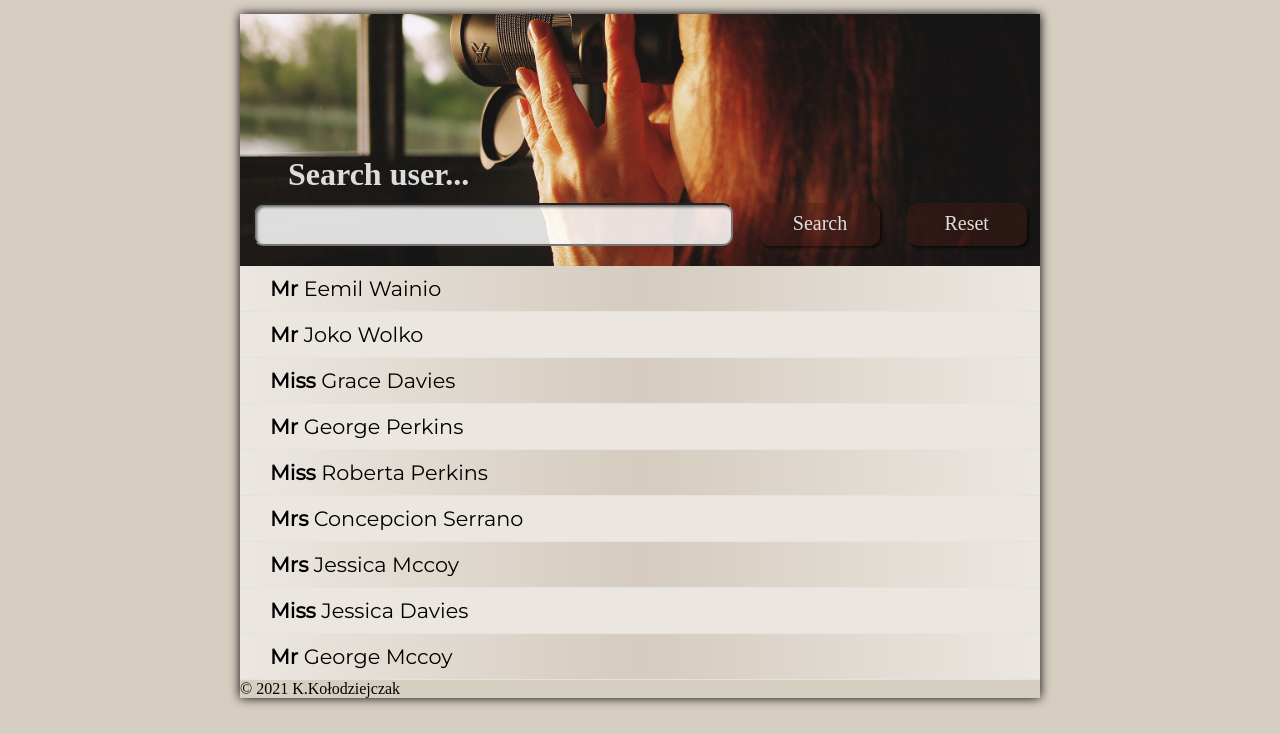
Repository: KrzysKolo/sr_tydzien5_zad4
Page: /
An editor plug-in stored every save of this project. The page is shown before and after a run of saves, followed by the edit.
The browser window is 1280 px wide. The pictures show the whole page.
Some web fonts or font styles are not loaded; a fallback is used. The project was rebuilt for these pictures with package versions that can differ from the ones it lists, and the page was loaded fresh each time.

Above is the page before, as saved 2021-01-03 14:50:19.

### public/index.html
<!DOCTYPE html>
<html lang="en">
  <head>
    <meta charset="utf-8" />
    <link rel="icon" href="%PUBLIC_URL%/favicon.ico" />
    <meta name="viewport" content="width=device-width, initial-scale=1" />
    <meta name="theme-color" content="#000000" />
    <meta
      name="description"
      content="Web site created using create-react-app"
    />
    <link rel="apple-touch-icon" href="%PUBLIC_URL%/logo192.png" />
    <!--
      manifest.json provides metadata used when your web app is installed on a
      user's mobile device or desktop. See https://developers.google.com/web/fundamentals/web-app-manifest/
    -->
    <link rel="manifest" href="%PUBLIC_URL%/manifest.json" />
    <!--
      Notice the use of %PUBLIC_URL% in the tags above.
      It will be replaced with the URL of the `public` folder during the build.
      Only files inside the `public` folder can be referenced from the HTML.

      Unlike "/favicon.ico" or "favicon.ico", "%PUBLIC_URL%/favicon.ico" will
      work correctly both with client-side routing and a non-root public URL.
      Learn how to configure a non-root public URL by running `npm run build`.
    -->
    <link rel="preconnect" href="https://fonts.gstatic.com">
<link href="https://fonts.googleapis.com/css2?family=Finger+Paint&family=Montserrat&family=Over+the+Rainbow&family=Peralta&display=swap" rel="stylesheet">
    <title>User search</title>
  </head>
  <body>
    <noscript>You need to enable JavaScript to run this app.</noscript>
    <div id="root"></div>
    <!--
      This HTML file is a template.
      If you open it directly in the browser, you will see an empty page.

      You can add webfonts, meta tags, or analytics to this file.
      The build step will place the bundled scripts into the <body> tag.

      To begin the development, run `npm start` or `yarn start`.
      To create a production bundle, use `npm run build` or `yarn build`.
    -->
  </body>
</html>

### src/App.js
import React from 'react';
import UsersContainer from './components/UsersContainer';
import Header from './components/Header';
import Footer from './components/Footer';
import './App.css';


const App = () => {

  return (
    <section>
      <Header />
      <UsersContainer/>
      <Footer />
    </section>
  )
}

export default App;

### src/components/UsersContainer.js
import React, { useState, useEffect } from 'react';


const UsersContainer = () => {

  const UsersAPI = '/users.json';

  const [ users, setUsers ] = useState([]);

  useEffect(() => {
    fetch(UsersAPI)
      .then(res => res.json())
      .then(data => {
        console.log(data.users);
        setUsers(data.users);
      })
    }, []);

    const user = users.map(user => (
      <li className="user" key={user.id}><b>{user.title}</b> {user.first} {user.last}</li>
    ))
    return (
        <ul>
					{user}
        </ul>
    )
}

export default UsersContainer;

### src/components/Header.js
import React from 'react';
import Button from './formComponents/Button';
const Header = () => {
    return (
        <div className="header__section">
            <h1 className="header__title">Search user...</h1>
            <form className="header__search-wrapper">
                <input className="header__search" type="text" />
                <Button values="Search" />
                <Button values="Reset" />
            </form>
        </div>
    )
}

export default Header;

### src/components/userContainerComponents/Footer.js
import React from 'react';

const Footer = () => {
    return (
        <div className="footer__wrapper">
           © 2021 K.Kołodziejczak
        </div>
    )
}

export default Footer;

### src/App.css
* {
  box-sizing: border-box;
  padding: 0;
  margin: 0;
}
body {
  height: 100vh;
  width: 100vw;
  background-color: rgba(206, 194, 179, 0.8);
}
section {
  margin: 2vh auto;
  width: 70%;
  max-width: 800px;
  display: flex;
  flex-direction: column;
  box-shadow: 0 0 10px #000;
}
.header__section {
  height: 35vh;
  background-image: url("./images/girl.jpg");
  background-position: center;
  background-size: cover;
  display: flex;
  flex-direction: column;
  justify-content: flex-end;
}
.header__title {
  font-size: 2rem;
  font-family: "Peralta", cursive;
  margin: 0 auto 10px 3rem;
  color: rgba(255, 255, 255, 0.85);
}
.header__search-wrapper {
  width: 100%;
  margin-bottom: 20px;
  display: flex;
  justify-content: space-around;
}
.header__search {
  padding: 8px 10px;
  width: 60%;
  border-radius: 10px;
  background-color: rgba(255, 255, 255, 0.85);
  box-shadow: inset 2px 2px 3px 0px rgba(0, 0, 0, 0.55);
  font-size: 20px;
}
.header__search-btn {
  background: rgba(71, 26, 20, 0.4);
  color: rgba(255, 255, 255, 0.85);
  width: 15%;
  border-radius: 10px;
  box-shadow: 2px 2px 3px 0px rgba(0, 0, 0, 0.55);
  font-size: 20px;
  text-align: center;
  line-height: 40px;
  transition: 0.2s all ease;
  cursor: pointer;
}
.header__search-btn:hover {
  background: rgba(65, 28, 24, 1);
}
.user {
  font-size: 1.3rem;
  font-family: "Montserrat", sans-serif;
  padding: 10px 30px;
  list-style: none;
  border-bottom: 1px solid rgb(226, 226, 226);
  background-color: rgba(255, 255, 255, 0.5);
}
.user:nth-child(odd) {
  background: linear-gradient(
    90deg,
    rgba(255, 255, 255, 0.5) 0%,
    rgba(206, 194, 179, 0.2) 50%,
    rgba(255, 255, 255, 0.5) 100%
  );
}

### src/components/formComponents/Button.js
import React from 'react';

const Button = ({ values }) => {
    return (
        <div className="header__search-btn">
            {values}
        </div>
    )
}

export default Button;

### public/users.json
{
    "users": [
      {
        "id": 1,
        "title": "Mr",
        "first": "Eemil",
        "last": "Wainio"
       },
      {
        "id": 2,
        "title": "Mr",
        "first": "Joko",
        "last": "Wolko"
      },
      {
        "id": 3,
        "title": "Miss",
        "first": "Grace",
        "last": "Davies"
      },
      {
        "id": 4,
        "title": "Mr ",
        "first": "George ",
        "last": "Perkins"
      },
      {
        "id": 5,
        "title": "Miss",
        "first": "Roberta ",
        "last": "Perkins"
      },
      {
        "id": 6,
        "title": "Mrs ",
        "first": "Concepcion ",
        "last": "Serrano"
      },
      {
        "id": 7,
        "title": "Mrs ",
        "first": "Jessica ",
        "last": "Mccoy"
      },
      {
        "id": 8,
        "title": "Miss",
        "first": "Jessica",
        "last": "Davies"
      },
      {
        "id": 9,
        "title": "Mr",
        "first": "George",
        "last": "Mccoy"
      }
    ]
  }

Loaded but not shown: src/index.js (common file)

After the next 2 saves:
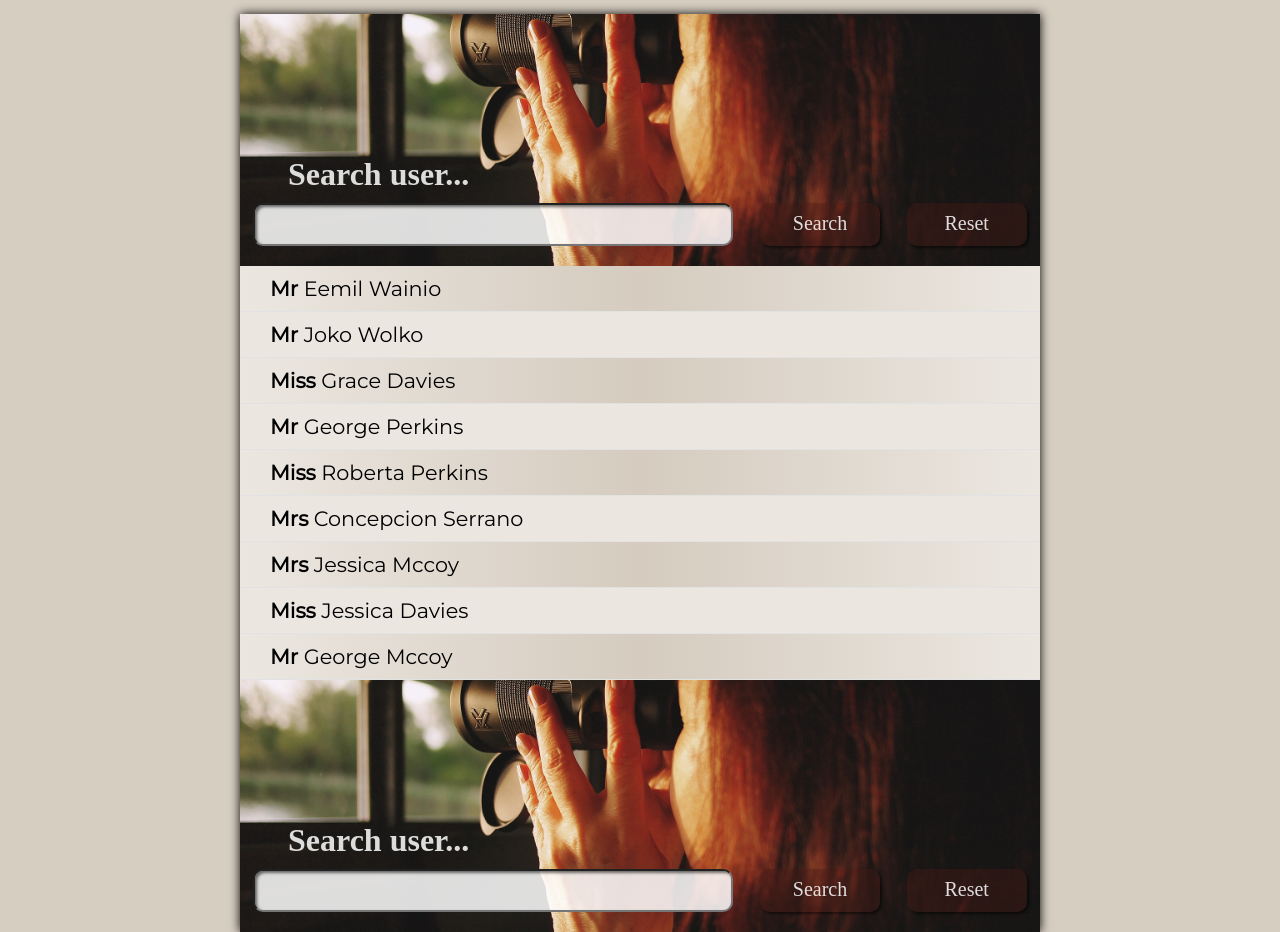
The 2 saves are shown as one change because they came seconds apart.
The last was saved 22 s later.
--- /dev/null
+++ b/src/components/Footer.js
@@ -0,0 +1,16 @@
+import React from 'react';
+import Button from './formComponents/Button';
+const Header = () => {
+    return (
+        <div className="header__section">
+            <h1 className="header__title">Search user...</h1>
+            <form className="header__search-wrapper">
+                <input className="header__search" type="text" />
+                <Button values="Search" />
+                <Button values="Reset" />
+            </form>
+        </div>
+    )
+}
+
+export default Header;

After the save that followed:
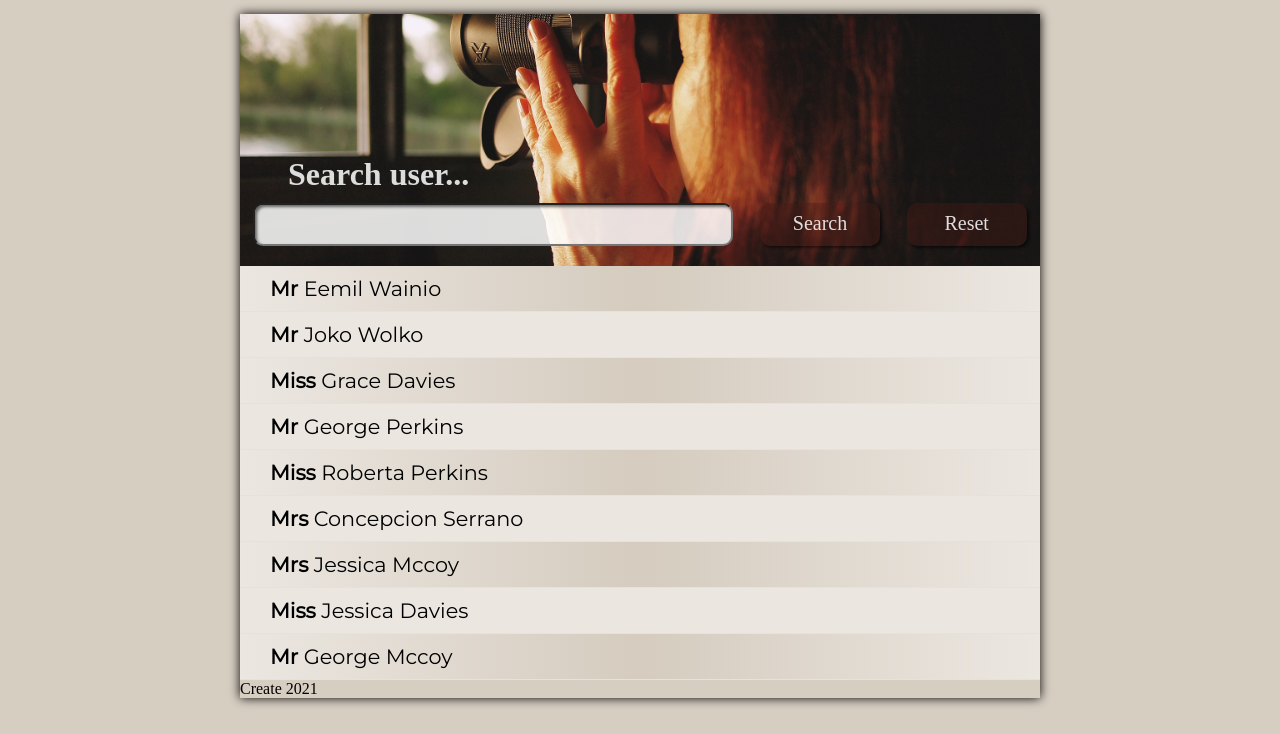
Saved 34 s later.
--- a/src/components/Footer.js
+++ b/src/components/Footer.js
@@ -1,16 +1,11 @@
 import React from 'react';
 import Button from './formComponents/Button';
-const Header = () => {
+const Footer = () => {
     return (
-        <div className="header__section">
-            <h1 className="header__title">Search user...</h1>
-            <form className="header__search-wrapper">
-                <input className="header__search" type="text" />
-                <Button values="Search" />
-                <Button values="Reset" />
-            </form>
+        <div className="footer">
+           Create 2021
         </div>
     )
 }
 
-export default Header;
+export default Footer;
